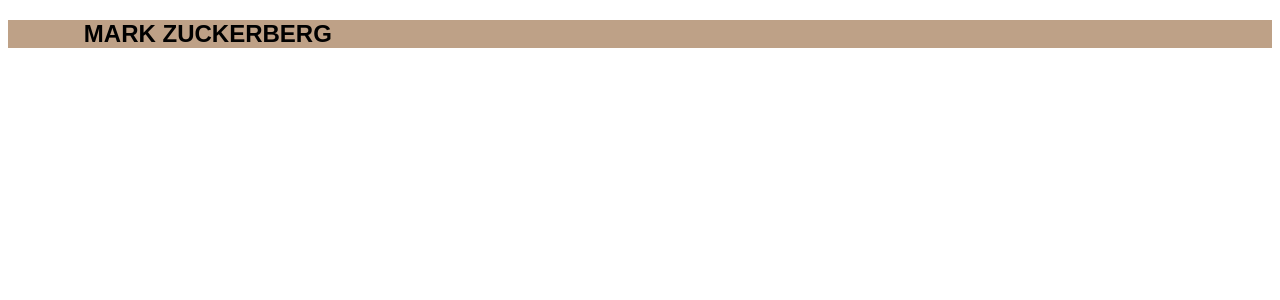
Repository: tomoliveira1/aluraconf
Page: profile.html
The author's editor kept a copy of each file at every save. The page is drawn from the files as they stood at one save, then again after the next save.
The browser window is 1280 px wide. The pictures show the whole page.

Above is the page before, as saved 2021-10-15 00:09:07.

### profile.html
<!DOCTYPE html>
<html lang="en">
  <head>
    <meta charset="UTF-8" />
    <meta http-equiv="X-UA-Compatible" content="IE=edge" />
    <meta name="viewport" content="width=device-width, initial-scale=1.0" />
    <title>AluraConf | Profile</title>

    <link rel="stylesheet" href="aluraconf/css/base.css">
    <link rel="stylesheet" href="aluraconf/css/profile.css">
  </head>
  <body>
    <main>
        <section class="banner">
            <div class="container">
                <h1 class="banner_title">
                    Mark Zuckerberg
                </h1>
            </div>
        </section>
    </main>
  </body>
</html>

### aluraconf/css/base.css
:root {
  /* Colors */
  --clr-gray: #37474f;
  --placeholder: #222;
  --text-color: #3f434f;
  --red: #eb4b36;
  --bg-orange: #ba5f53;
  --bg-color-darker: #282355;
  --bg-color-lighter: #533a8a;
  --button-hover: #2a87a1;
  --clr-primary: #2f7b91;
  --button: #5fa3a3;
  --white: #fff;
  --beige: #bea187;
  --input: #d5d5d5;
  --clr-gray-light: #b0bec5;
  --light-beige: #f8f5f2;

  /* Fonts */

  --bebas-neue: "Bebas Neue", cursive;
  --montserrat: "Montserrat", sans-serif;
}

html {
  scroll-behavior: smooth;
}

body {
  font-family: "Bebas Neue", cursive;
  font-family: "Montserrat", sans-serif;
}

.container {
  padding-right: 6%;
  padding-left: 6%;
}

.title {
  font-family: var(--bebas-neue);
  text-transform: uppercase;
  text-align: center;
  font-size: 3rem;
}

.button {
  background-color: var(--button);
  color: var(--white);
  font-weight: 600;
  text-align: center;
  display: block;
  box-sizing: border-box;
  padding: 1rem 2rem;
  border-radius: 5px;
  transition: all 0.2s;
}

.button:hover {
  background-color: var(--button-hover);
}

### aluraconf/css/profile.css
.banner {
    box-sizing: border-box;
    background-color: var(--beige);
    text-transform: uppercase;
}

Loaded but not shown: aluraconf/css/reset.css (common file)

After the next save:
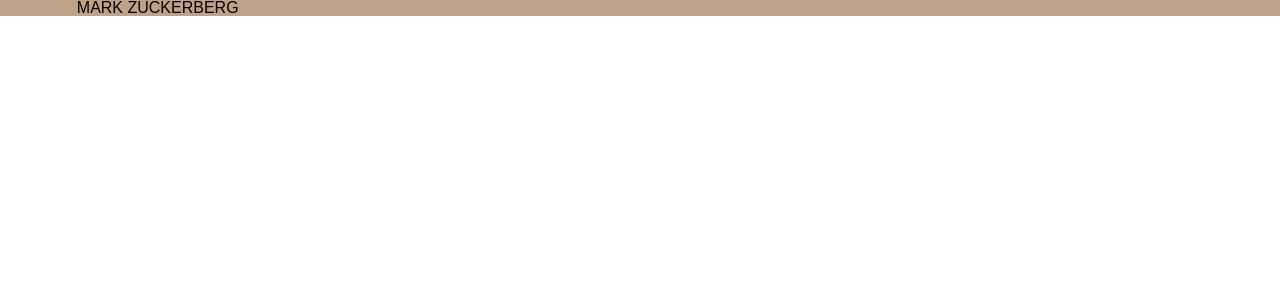
Saved 51 s later.
--- a/profile.html
+++ b/profile.html
@@ -6,6 +6,7 @@
     <meta name="viewport" content="width=device-width, initial-scale=1.0" />
     <title>AluraConf | Profile</title>
 
+    <link rel="stylesheet" href="aluraconf/css/reset.css">
     <link rel="stylesheet" href="aluraconf/css/base.css">
     <link rel="stylesheet" href="aluraconf/css/profile.css">
   </head>
